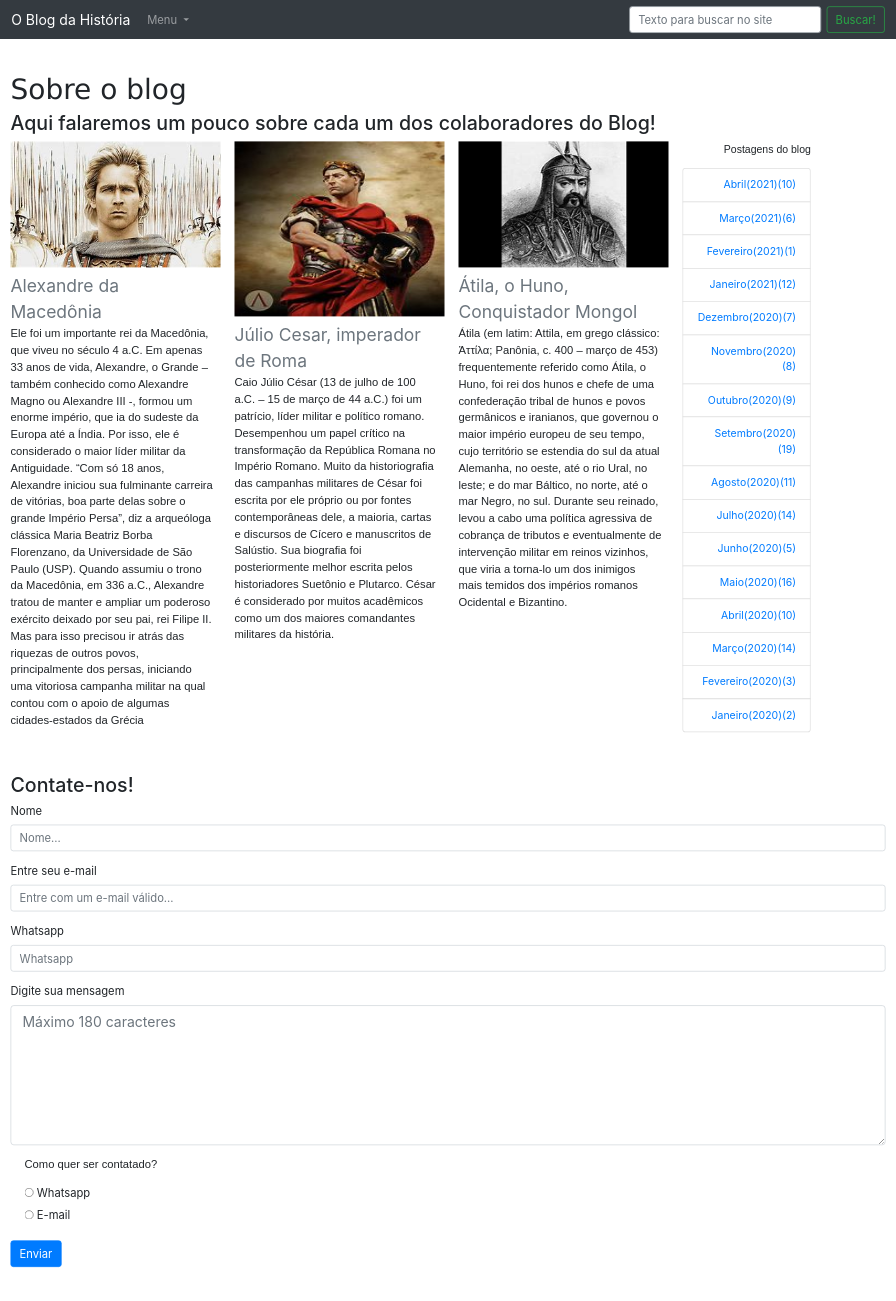
Repository: xhenrique/blog_layout_bootstrap
Page: source/sobre.html
These files come from the project's save history. The page is drawn as it stood at one moment and after the next save; the edit follows.
The browser window is 1280 px wide. The pictures show the whole page, at 70% of full size.

Above is the page before, as saved 2021-04-25 03:13:04.

After the next save:
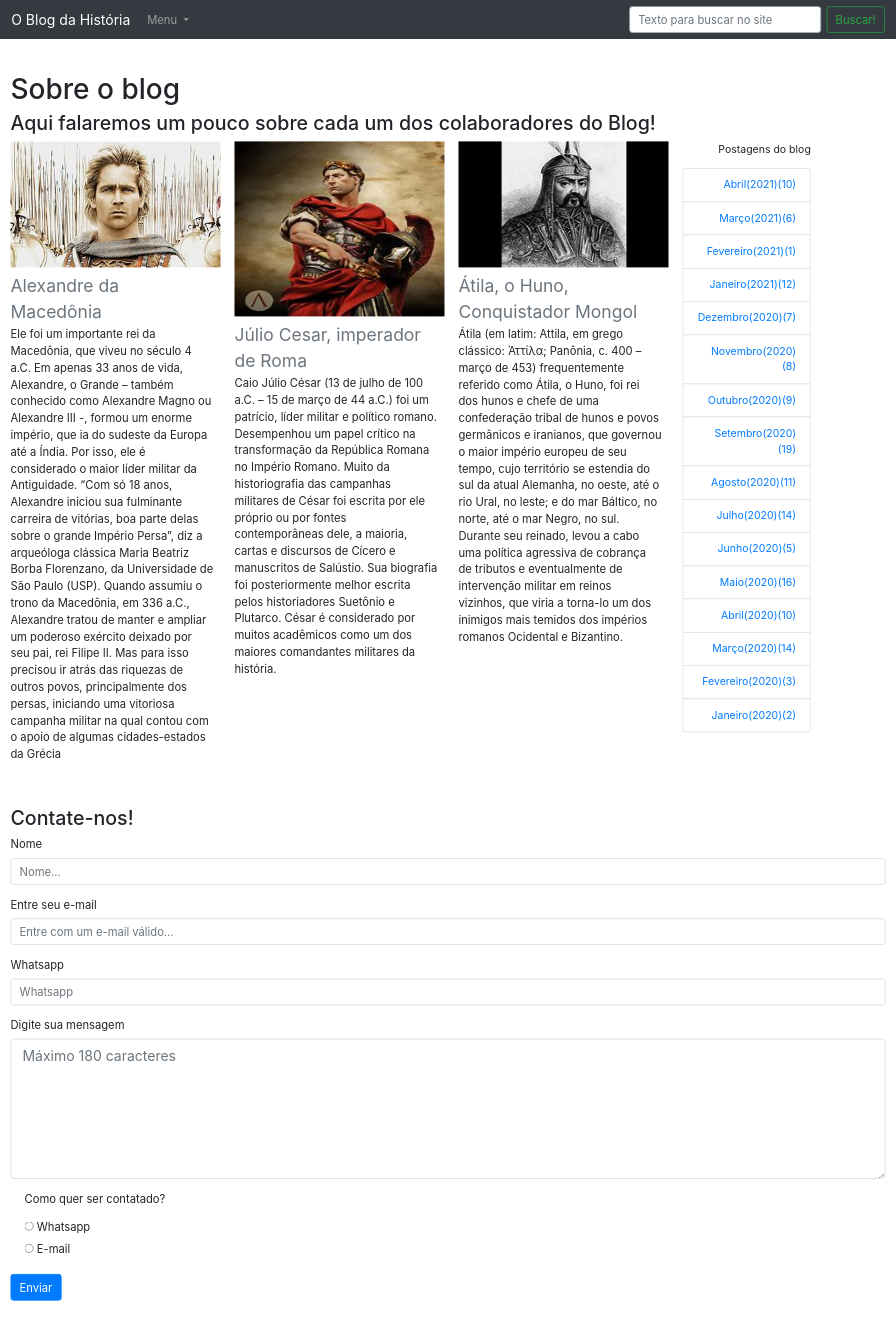
Saved 14 s later.
--- a/source/sobre.html
+++ b/source/sobre.html
@@ -8,17 +8,6 @@
     <!-- Bootstrap CSS -->
     <link rel="stylesheet" href="https://stackpath.bootstrapcdn.com/bootstrap/4.1.3/css/bootstrap.min.css" integrity="sha384-MCw98/SFnGE8fJT3GXwEOngsV7Zt27NXFoaoApmYm81iuXoPkFOJwJ8ERdknLPMO" crossorigin="anonymous">
     <title>O Blog da História</title>
-    <style>
-        body p {
-           font-family: Arial, Helvetica, sans-serif;
-        }
-        body #sobre_o_blog h1 {
-            font-family: Verdana, Geneva, Tahoma, sans-serif;
-        }
-        body #sobre_o_blog h2 {
-            font-family: Verdana, Geneva, Tahoma, sans-serif;
-        }
-    </style>
   </head>
   <body>
     <nav class="navbar navbar-expand-md navbar-dark bg-dark sticky-top">
